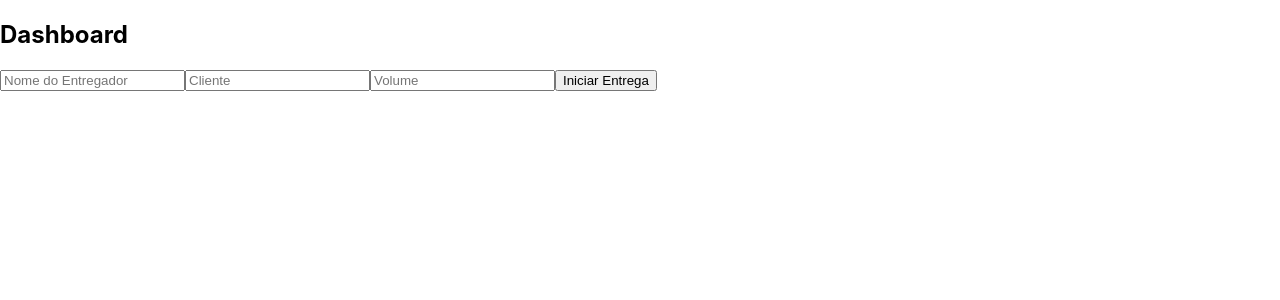
Repository: feliperanon/gestao-entregas
Page: /dashboard (app in frontend/)
These files come from the project's save history. The page is drawn as it stood at one moment and after the next save; the edit follows.
The browser window is 1280 px wide. The pictures show the whole page.
The page's requests for data from a server got no answer. The project was rebuilt for these pictures with package versions that can differ from the ones it lists, and the page was loaded fresh each time. No one was signed in, and anything a server would have sent is missing. Also part of the build but not shown: frontend/src/pages/Login.js, frontend/src/pages/History.js.

Above is the page before, as saved 2024-06-27 18:56:38.

### frontend/src/App.js
import React from 'react';
import { BrowserRouter as Router, Routes, Route } from 'react-router-dom';
import Login from './pages/Login';
import Dashboard from './pages/Dashboard';
import History from './pages/History';

function App() {
  return (
    <Router>
      <div>
        <Routes>
          <Route path="/" element={<Login />} />
          <Route path="/dashboard" element={<Dashboard />} />
          <Route path="/history" element={<History />} />
        </Routes>
      </div>
    </Router>
  );
}

export default App;

### frontend/src/pages/Dashboard.js
import React, { useState, useEffect } from 'react';
import api from '../services/api';

const Dashboard = () => {
  const [entregas, setEntregas] = useState([]);
  const [form, setForm] = useState({ nomeEntregador: '', cliente: '', volume: '' });

  useEffect(() => {
    const fetchEntregas = async () => {
      try {
        const token = localStorage.getItem('token');
        console.log('Token fetched:', token);
        const response = await api.get('/entregas', {
          headers: { Authorization: `Bearer ${token}` }
        });
        setEntregas(response.data);
      } catch (error) {
        console.error('Error fetching entregas:', error);
      }
    };
    fetchEntregas();
  }, []);

  const handleChange = (e) => {
    setForm({ ...form, [e.target.name]: e.target.value });
  };

  const handleSubmit = async (e) => {
    e.preventDefault();
    try {
      const token = localStorage.getItem('token');
      const response = await api.post('/entregas', form, {
        headers: { Authorization: `Bearer ${token}` }
      });
      setEntregas([...entregas, response.data]);
      setForm({ nomeEntregador: '', cliente: '', volume: '' });
    } catch (error) {
      console.error('Error adding entrega:', error);
    }
  };

  return (
    <div>
      <h2>Dashboard</h2>
      <form onSubmit={handleSubmit}>
        <input name="nomeEntregador" value={form.nomeEntregador} onChange={handleChange} placeholder="Nome do Entregador" required />
        <input name="cliente" value={form.cliente} onChange={handleChange} placeholder="Cliente" required />
        <input name="volume" value={form.volume} onChange={handleChange} placeholder="Volume" required />
        <button type="submit">Iniciar Entrega</button>
      </form>
      <ul>
        {entregas.map((entrega) => (
          <li key={entrega._id}>
            <span>{entrega.nomeEntregador} - {entrega.cliente} - {entrega.volume} - {entrega.status}</span>
          </li>
        ))}
      </ul>
    </div>
  );
};

export default Dashboard;

Loaded but not shown: frontend/public/index.html (common file); frontend/src/index.js (common file); frontend/src/index.css (common file); frontend/src/reportWebVitals.js (common file); frontend/src/services/api.js (common file)

After the next save:
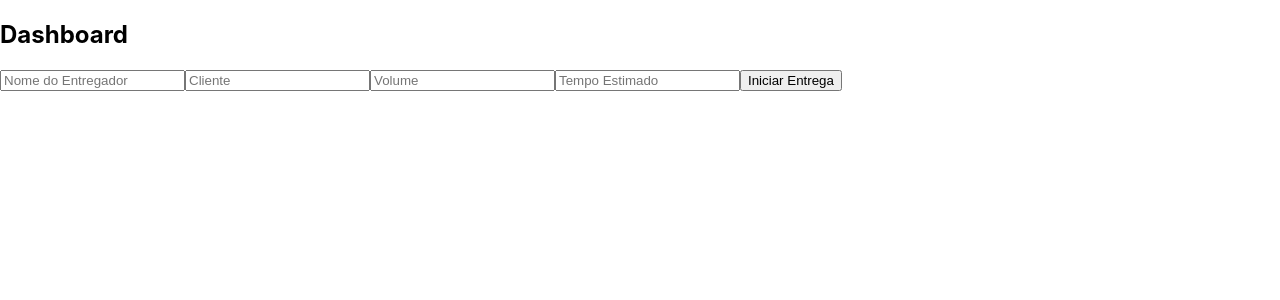
Saved 61 s later.
--- a/frontend/src/pages/Dashboard.js
+++ b/frontend/src/pages/Dashboard.js
@@ -3,20 +3,12 @@
 
 const Dashboard = () => {
   const [entregas, setEntregas] = useState([]);
-  const [form, setForm] = useState({ nomeEntregador: '', cliente: '', volume: '' });
+  const [form, setForm] = useState({ nomeEntregador: '', cliente: '', volume: '', tempoEstimado: '' });
 
   useEffect(() => {
     const fetchEntregas = async () => {
-      try {
-        const token = localStorage.getItem('token');
-        console.log('Token fetched:', token);
-        const response = await api.get('/entregas', {
-          headers: { Authorization: `Bearer ${token}` }
-        });
-        setEntregas(response.data);
-      } catch (error) {
-        console.error('Error fetching entregas:', error);
-      }
+      const response = await api.get('/entregas');
+      setEntregas(response.data);
     };
     fetchEntregas();
   }, []);
@@ -27,31 +19,29 @@
 
   const handleSubmit = async (e) => {
     e.preventDefault();
-    try {
-      const token = localStorage.getItem('token');
-      const response = await api.post('/entregas', form, {
-        headers: { Authorization: `Bearer ${token}` }
-      });
-      setEntregas([...entregas, response.data]);
-      setForm({ nomeEntregador: '', cliente: '', volume: '' });
-    } catch (error) {
-      console.error('Error adding entrega:', error);
-    }
+    await api.post('/entregas', form);
+    setForm({ nomeEntregador: '', cliente: '', volume: '', tempoEstimado: '' });
+  };
+
+  const handleFinalizar = async (id) => {
+    await api.put(`/entregas/${id}`, { status: 'Finalizada' });
   };
 
   return (
     <div>
       <h2>Dashboard</h2>
       <form onSubmit={handleSubmit}>
-        <input name="nomeEntregador" value={form.nomeEntregador} onChange={handleChange} placeholder="Nome do Entregador" required />
-        <input name="cliente" value={form.cliente} onChange={handleChange} placeholder="Cliente" required />
-        <input name="volume" value={form.volume} onChange={handleChange} placeholder="Volume" required />
+        <input name="nomeEntregador" value={form.nomeEntregador} onChange={handleChange} placeholder="Nome do Entregador" />
+        <input name="cliente" value={form.cliente} onChange={handleChange} placeholder="Cliente" />
+        <input name="volume" value={form.volume} onChange={handleChange} placeholder="Volume" />
+        <input name="tempoEstimado" value={form.tempoEstimado} onChange={handleChange} placeholder="Tempo Estimado" />
         <button type="submit">Iniciar Entrega</button>
       </form>
       <ul>
         {entregas.map((entrega) => (
           <li key={entrega._id}>
-            <span>{entrega.nomeEntregador} - {entrega.cliente} - {entrega.volume} - {entrega.status}</span>
+            <span>{entrega.nomeEntregador} - {entrega.cliente} - {entrega.volume}</span>
+            <button onClick={() => handleFinalizar(entrega._id)}>Finalizar Entrega</button>
           </li>
         ))}
       </ul>

After the save that followed:
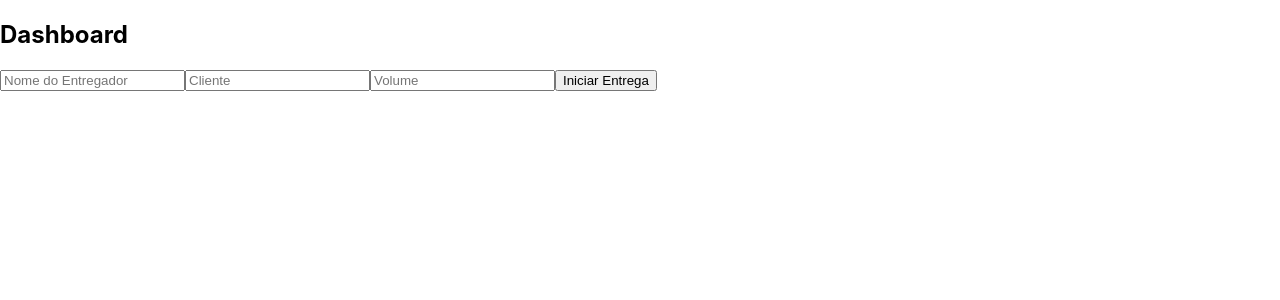
Saved 43 s later.
--- a/frontend/src/pages/Dashboard.js
+++ b/frontend/src/pages/Dashboard.js
@@ -3,12 +3,20 @@
 
 const Dashboard = () => {
   const [entregas, setEntregas] = useState([]);
-  const [form, setForm] = useState({ nomeEntregador: '', cliente: '', volume: '', tempoEstimado: '' });
+  const [form, setForm] = useState({ nomeEntregador: '', cliente: '', volume: '' });
 
   useEffect(() => {
     const fetchEntregas = async () => {
-      const response = await api.get('/entregas');
-      setEntregas(response.data);
+      try {
+        const token = localStorage.getItem('token');
+        console.log('Token fetched:', token);
+        const response = await api.get('/entregas', {
+          headers: { Authorization: `Bearer ${token}` }
+        });
+        setEntregas(response.data);
+      } catch (error) {
+        console.error('Error fetching entregas:', error);
+      }
     };
     fetchEntregas();
   }, []);
@@ -19,29 +27,31 @@
 
   const handleSubmit = async (e) => {
     e.preventDefault();
-    await api.post('/entregas', form);
-    setForm({ nomeEntregador: '', cliente: '', volume: '', tempoEstimado: '' });
-  };
-
-  const handleFinalizar = async (id) => {
-    await api.put(`/entregas/${id}`, { status: 'Finalizada' });
+    try {
+      const token = localStorage.getItem('token');
+      const response = await api.post('/entregas', form, {
+        headers: { Authorization: `Bearer ${token}` }
+      });
+      setEntregas([...entregas, response.data]);
+      setForm({ nomeEntregador: '', cliente: '', volume: '' });
+    } catch (error) {
+      console.error('Error adding entrega:', error);
+    }
   };
 
   return (
     <div>
       <h2>Dashboard</h2>
       <form onSubmit={handleSubmit}>
-        <input name="nomeEntregador" value={form.nomeEntregador} onChange={handleChange} placeholder="Nome do Entregador" />
-        <input name="cliente" value={form.cliente} onChange={handleChange} placeholder="Cliente" />
-        <input name="volume" value={form.volume} onChange={handleChange} placeholder="Volume" />
-        <input name="tempoEstimado" value={form.tempoEstimado} onChange={handleChange} placeholder="Tempo Estimado" />
+        <input name="nomeEntregador" value={form.nomeEntregador} onChange={handleChange} placeholder="Nome do Entregador" required />
+        <input name="cliente" value={form.cliente} onChange={handleChange} placeholder="Cliente" required />
+        <input name="volume" value={form.volume} onChange={handleChange} placeholder="Volume" required />
         <button type="submit">Iniciar Entrega</button>
       </form>
       <ul>
         {entregas.map((entrega) => (
           <li key={entrega._id}>
-            <span>{entrega.nomeEntregador} - {entrega.cliente} - {entrega.volume}</span>
-            <button onClick={() => handleFinalizar(entrega._id)}>Finalizar Entrega</button>
+            <span>{entrega.nomeEntregador} - {entrega.cliente} - {entrega.volume} - {entrega.status}</span>
           </li>
         ))}
       </ul>
